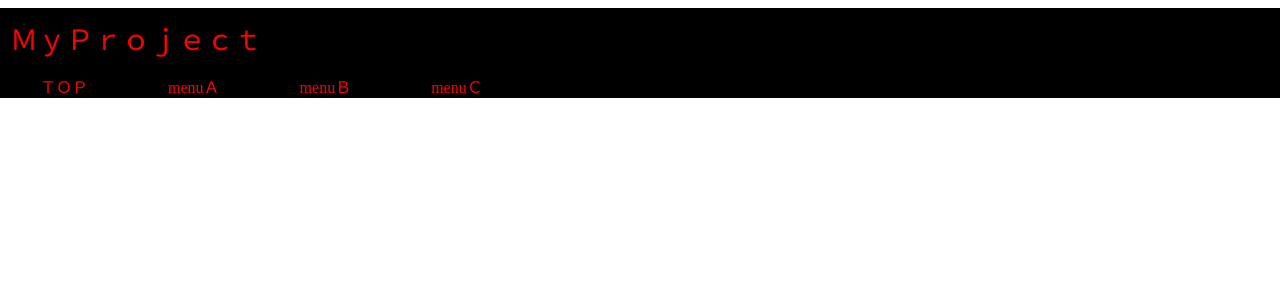
Repository: user10112018/test
Page: http://localhost/MyProject/
The author's editor kept a copy of each file at every save. The page is drawn from the files as they stood at one save, then again after the next save.
The browser window is 1280 px wide. The pictures show the whole page.
The page is served by Tomcat 9. Other server files are loaded and not shown.

Above is the page before, as saved 2018-11-13 08:52:49.

### MyProject/WebContent/index.jsp
<%@ page language="java" contentType="text/html; charset=UTF-8"
    pageEncoding="UTF-8"%>
<%@ taglib prefix="s" uri="/struts-tags" %>
<!DOCTYPE html>
<html>
<head>
<meta charset="UTF-8">
<link rel="stylesheet" href="./css/style01.css">

<title>Index</title>



</head>


<body>
<!-- ============== ココカラ =============== -->

<!-- ==== header ===== -->
<div id="header">


<div id="logo">ＭｙＰｒｏｊｅｃｔ</div>


<div id="menu">

<ul>
   <li>ＴＯＰ</li>
   <li>menuＡ</li>
   <li>menuＢ</li>
   <li>menuＣ</li>
</ul>

</div>

</div>

<!-- ==== main ===== -->




<!-- ==== footer ===== -->

</body>

</html>

### MyProject/WebContent/css/style01.css
@CHARSET "UTF-8";

body {
	color: red;
}


#header{
	position: absolute;
	left: 0px;
	background-color: black;
	width: 100%;
}


#logo{
	font-size: 28px;
/* 	color: red; */
/* 	font-family:  */
    padding-top: 10px;
    padding-left: 10px;


}

#menu{
/* 	width: 100%; */
	heiht: 70px;
	background-color: black;
}

#menu ul{
/* 	padding-right: 20px; */

}

#menu ul li{
	float: left;
	list-style: none;
/* 	color: red; */
	font-size: 16px;
	padding-right: 80px;
/* 	text-align: left; */
    height: 24px;
}

#main{
	clear: both;
}

After the next save:
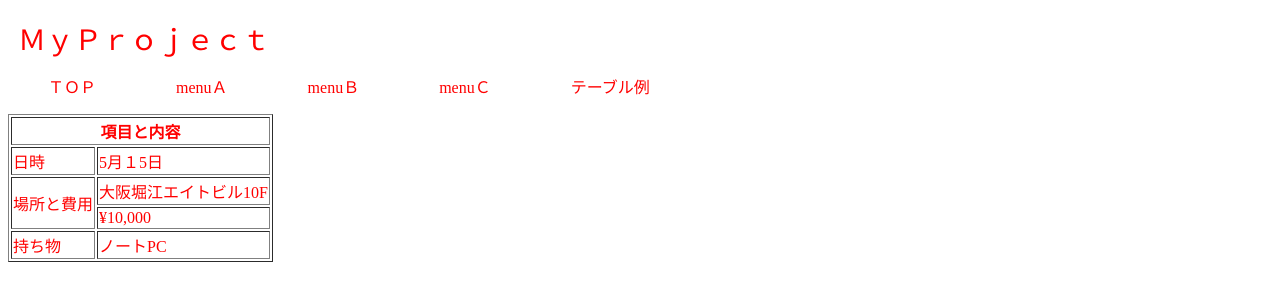
Saved 17 h 10 min later.
--- a/MyProject/WebContent/index.jsp
+++ b/MyProject/WebContent/index.jsp
@@ -18,7 +18,7 @@
 <!-- ============== ココカラ =============== -->
 
 <!-- ==== header ===== -->
-<div id="header">
+<header>
 
 
 <div id="logo">ＭｙＰｒｏｊｅｃｔ</div>
@@ -35,9 +35,20 @@
 
 </div>
 
-</div>
+</header>
 
 <!-- ==== main ===== -->
+
+
+<p>テーブル例</p>
+<table border="1">
+     <tr><th colspan="2">項目と内容</th></tr>
+     <tr><td>日時</td><td>5月１5日</td></tr>
+     <tr><td rowspan="2">場所と費用</td><td>大阪堀江エイトビル10F</td></tr>
+     <tr><td>¥10,000</td></tr>
+     <tr><td>持ち物</td><td>ノートPC</td></tr>
+</table>
+
 
 
 
